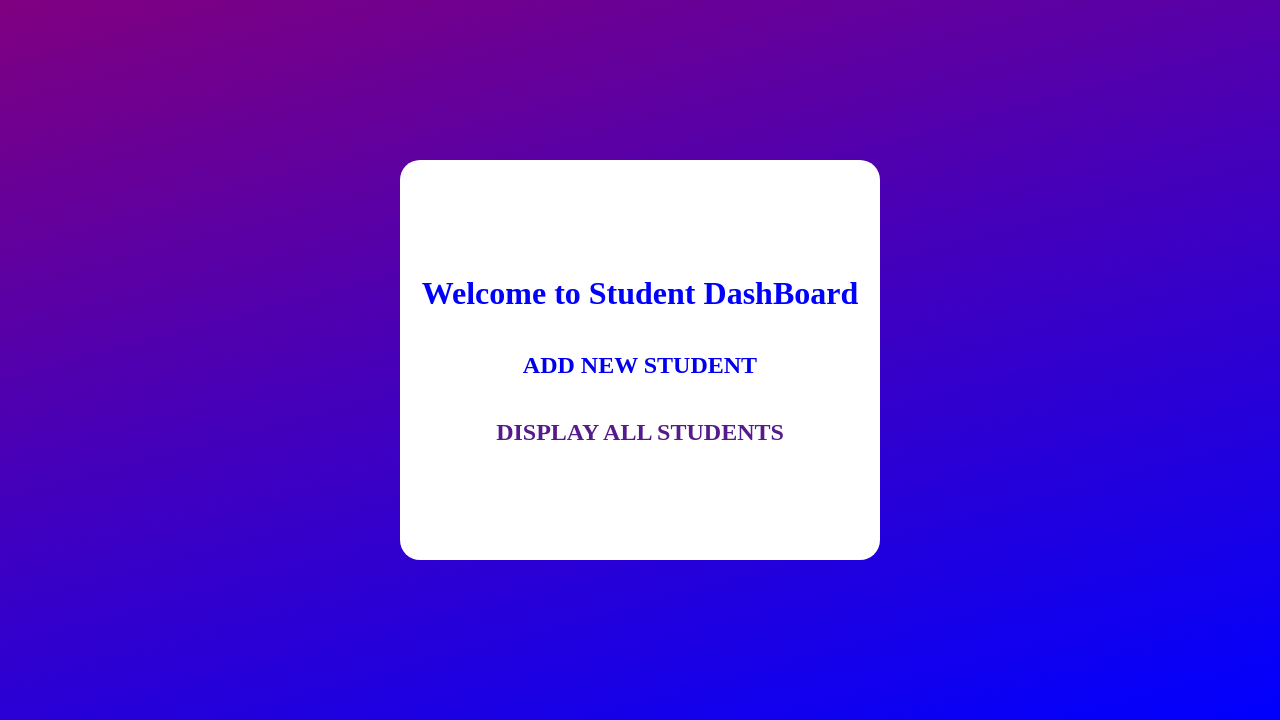
Repository: Dhirajkumar02/Advance-Java--J2EE-
Page: http://localhost/ServletProject_Student-Management-System/
These files come from the project's save history. The page is drawn as it stood at one moment and after the next save; the edit follows.
The browser window is 1280 px wide. The pictures show the whole page.
The page is served by Tomcat 9.

Above is the page before, as saved 2024-11-16 07:11:52.

After the next save:
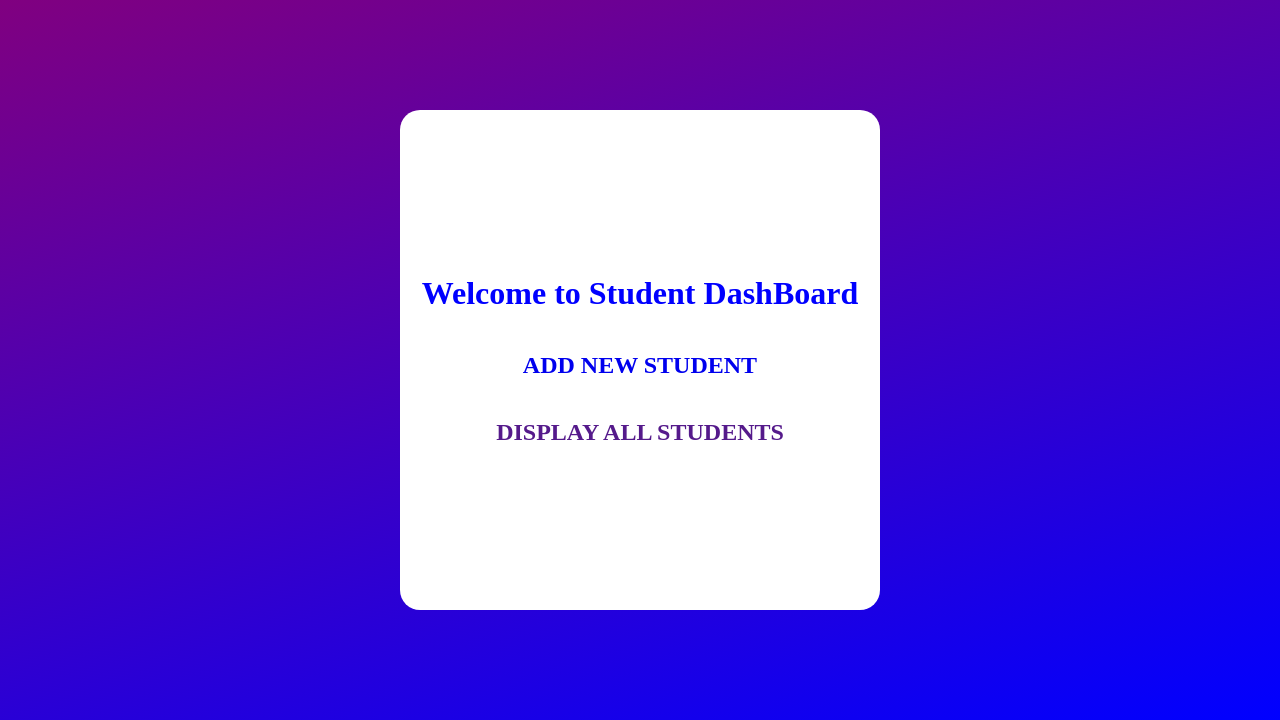
Saved 95 s later.
--- a/ServletProject_Student-Management-System/src/main/webapp/index.jsp
+++ b/ServletProject_Student-Management-System/src/main/webapp/index.jsp
@@ -26,7 +26,7 @@ body {
 div {
 	/* border: 2px solid black;
 */
-	height: 400px;
+	height: 500px;
 	width: 480px;
 	background: white;
 	display: flex;
